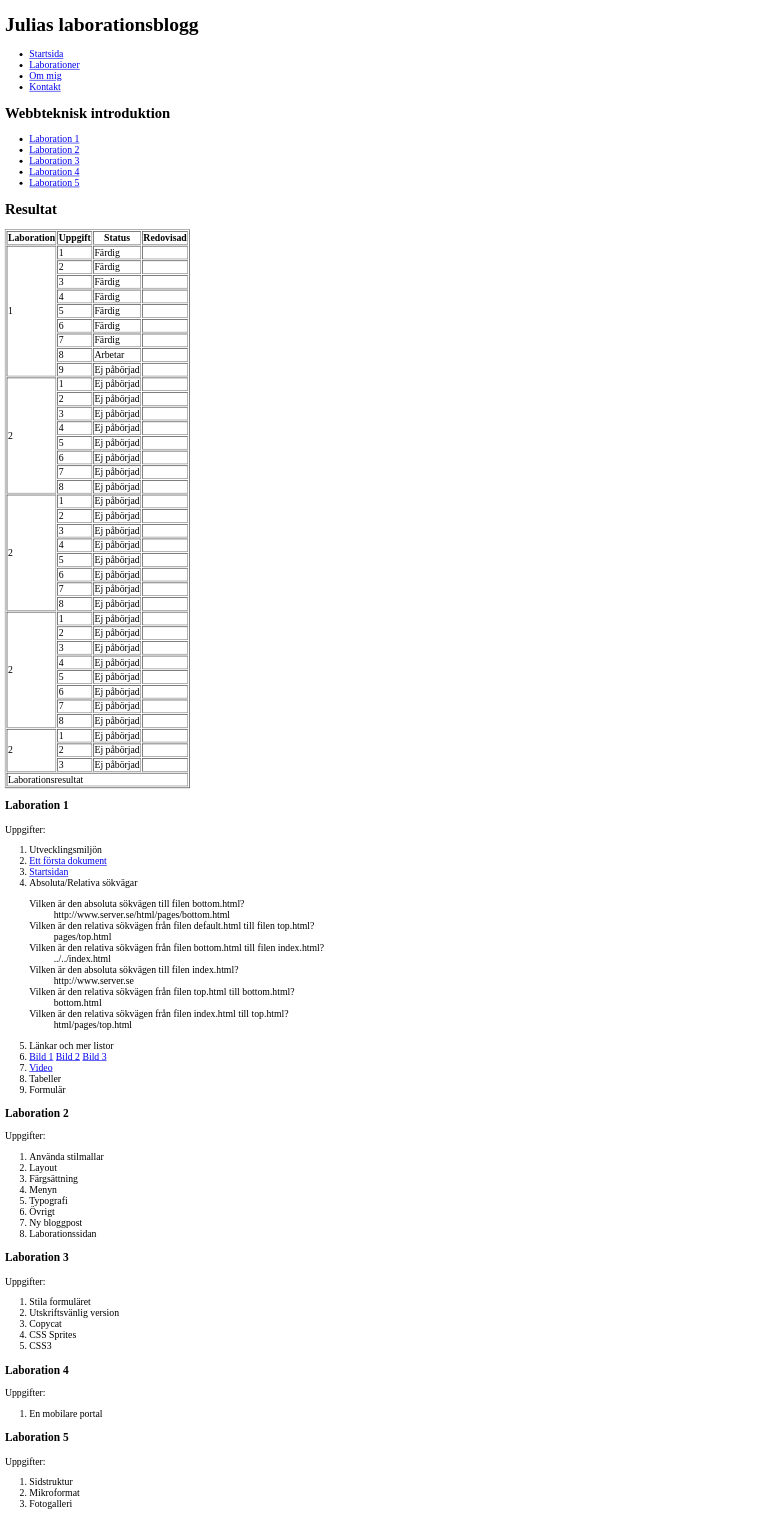
Repository: jk222rp/1ik415-laborationer-2014
Page: pages/laborationer.html
The author's editor kept a record of every edit. The page is drawn from the files as they stood at one moment, then again after the next edit.
The browser window is 1280 px wide. The pictures show the whole page, at 61% of full size.

Above is the page before.

After the next edit:
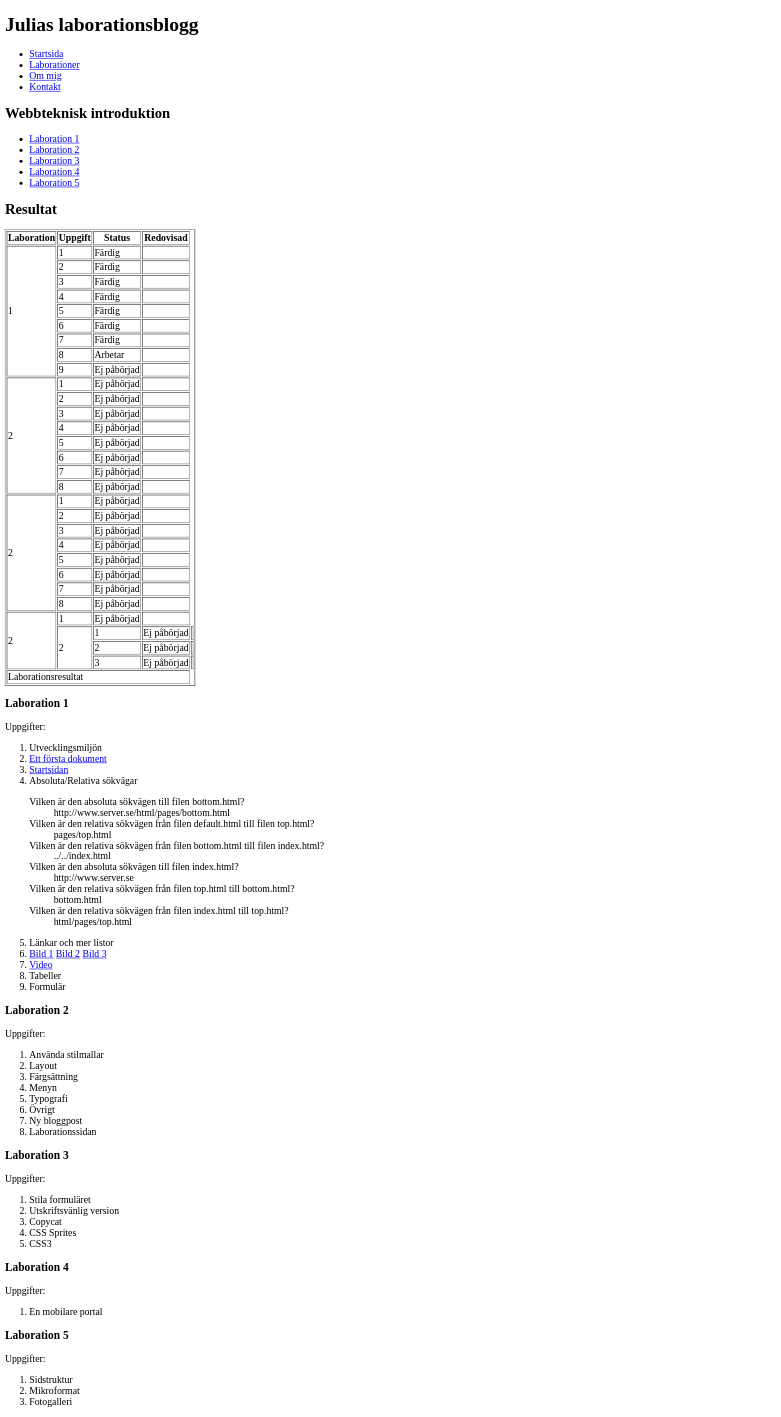
The edit:
--- a/pages/laborationer.html
+++ b/pages/laborationer.html
@@ -181,41 +181,6 @@
                 <tr>
                     <td rowspan="8">2</td>
                     <td>1</td>
-                    <td>Ej påbörjad</td>
-                    <td></td>
-                </tr>
-                <tr>
-                    <td>2</td>
-                    <td>Ej påbörjad</td>
-                    <td></td>
-                </tr>
-                <tr>
-                    <td>3</td>
-                    <td>Ej påbörjad</td>
-                    <td></td>
-                </tr>
-                <tr>
-                    <td>4</td>
-                    <td>Ej påbörjad</td>
-                    <td></td>
-                </tr>
-                <tr>
-                    <td>5</td>
-                    <td>Ej påbörjad</td>
-                    <td></td>
-                </tr>
-                <tr>
-                    <td>6</td>
-                    <td>Ej påbörjad</td>
-                    <td></td>
-                </tr>
-                <tr>
-                    <td>7</td>
-                    <td>Ej påbörjad</td>
-                    <td></td>
-                </tr>
-                <tr>
-                    <td>8</td>
                     <td>Ej påbörjad</td>
                     <td></td>
                 </tr>
